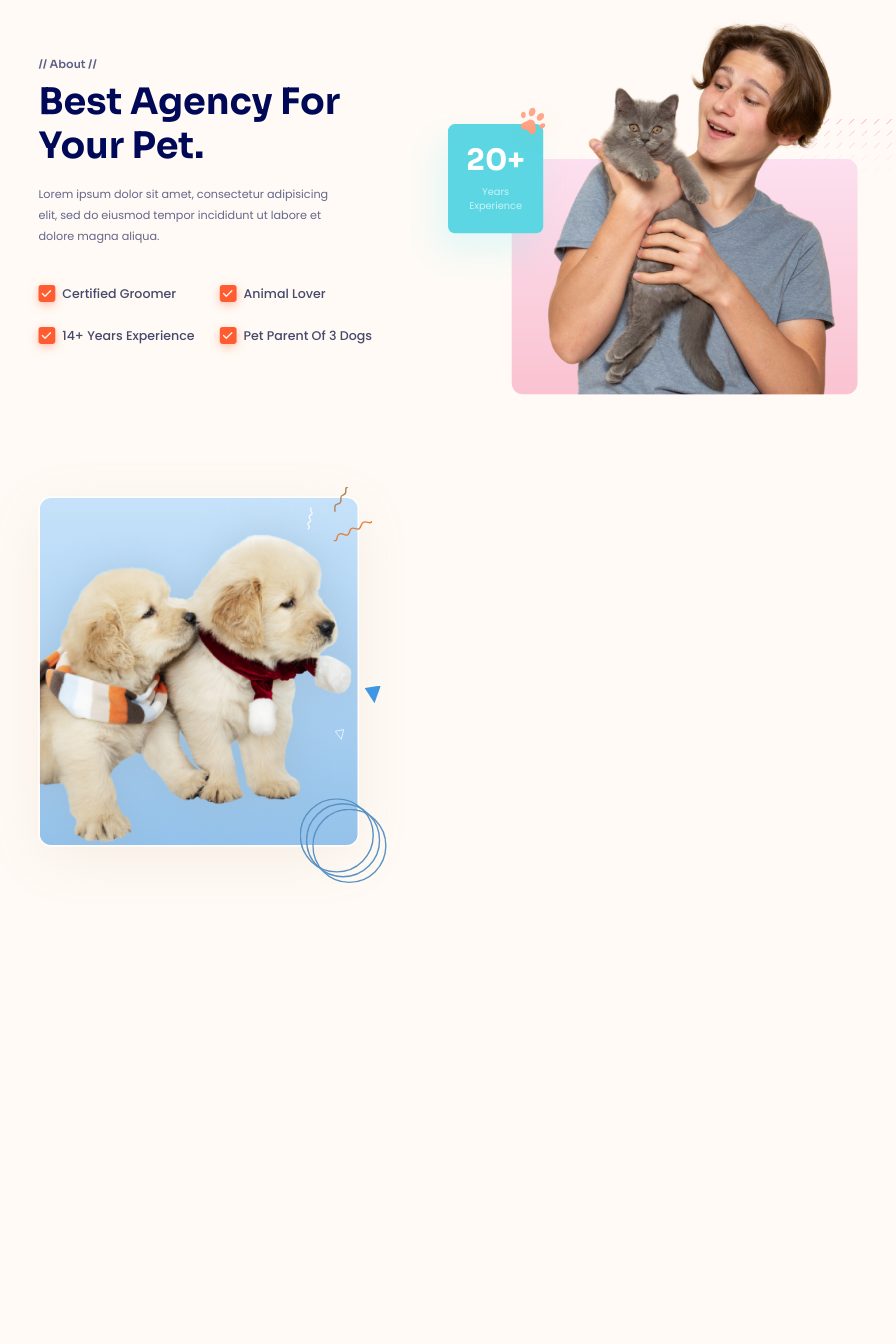
Repository: anhtien111198/f8-htmlcss-04
Page: index.html
An editor plug-in stored every save of this project. The page is shown before and after the next save, followed by the edit.
The browser window is 1280 px wide. The pictures show the part of the page from y = 886 to 2806 px (the page is 5000 px tall), at 70% of full size.

Above is the page before, as saved 2023-05-18 15:00:50.

After the next save:
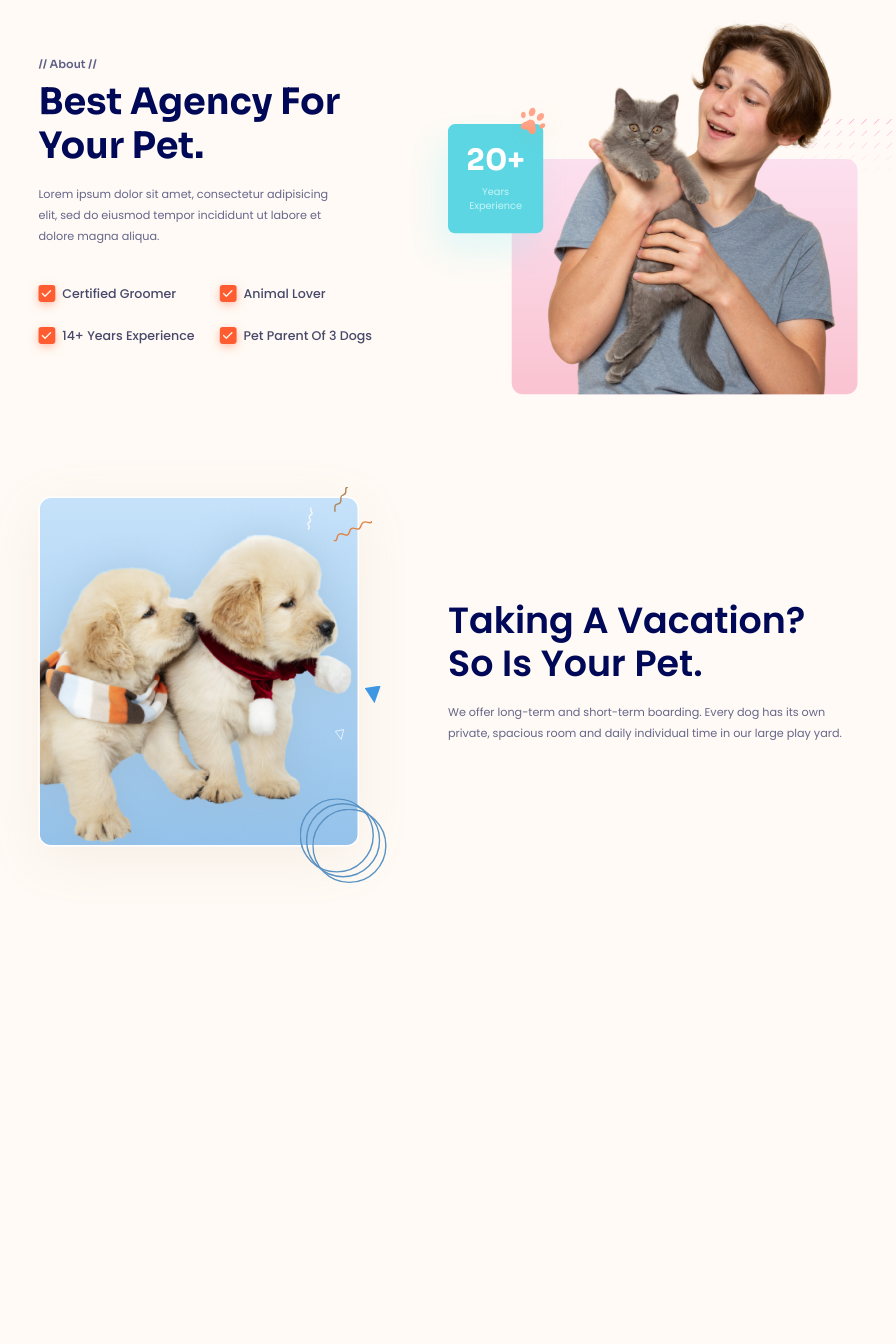
Saved 9 min 33 s later.
--- a/index.html
+++ b/index.html
@@ -343,7 +343,16 @@
                                 </div>
                             </figure>
                         </div>
-                        <section class="about__content"></section>
+                        <section class="about__content">
+                            <h class="section__heading"
+                                >Taking A Vacation? So Is Your Pet.</h
+                            >
+                            <p class="section__desc">
+                                We offer long-term and short-term boarding.
+                                Every dog has its own private, spacious room and
+                                daily individual time in our large play yard.
+                            </p>
+                        </section>
                     </div>
                 </div>
             </section>
